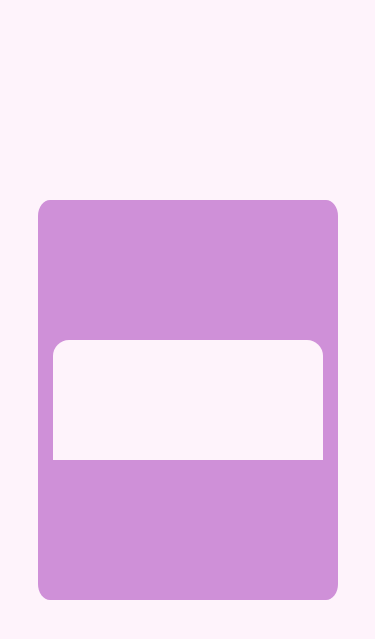
Repository: 2001mariana/Calculator_react
Page: /
These files come from the project's save history. The page is drawn as it stood at one moment and after a run of saves; the edit follows.
The browser window is 375 px wide. The pictures show the whole page.
The project was rebuilt for these pictures with package versions that can differ from the ones it lists, and the page was loaded fresh each time.

Above is the page before, as saved 2023-02-06 17:26:40.

After the next 4 saves:
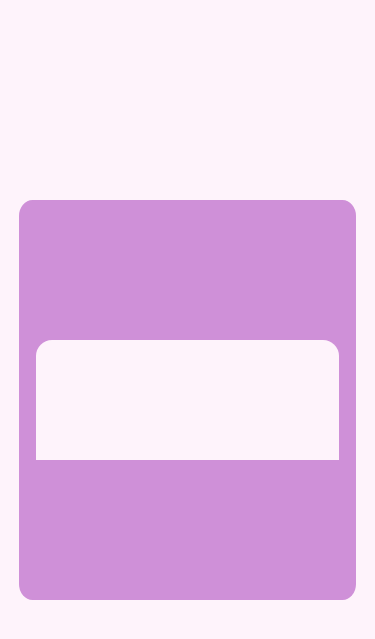
The 4 saves are shown as one change because they came seconds apart.
The last was saved 14 s later.
--- a/src/App.css
+++ b/src/App.css
@@ -53,3 +53,9 @@
     width: 80vw;
   }
 }
+
+@media (max-width: 500px) {
+  .Calculator__body {
+    width: 90vw;
+  }
+}
